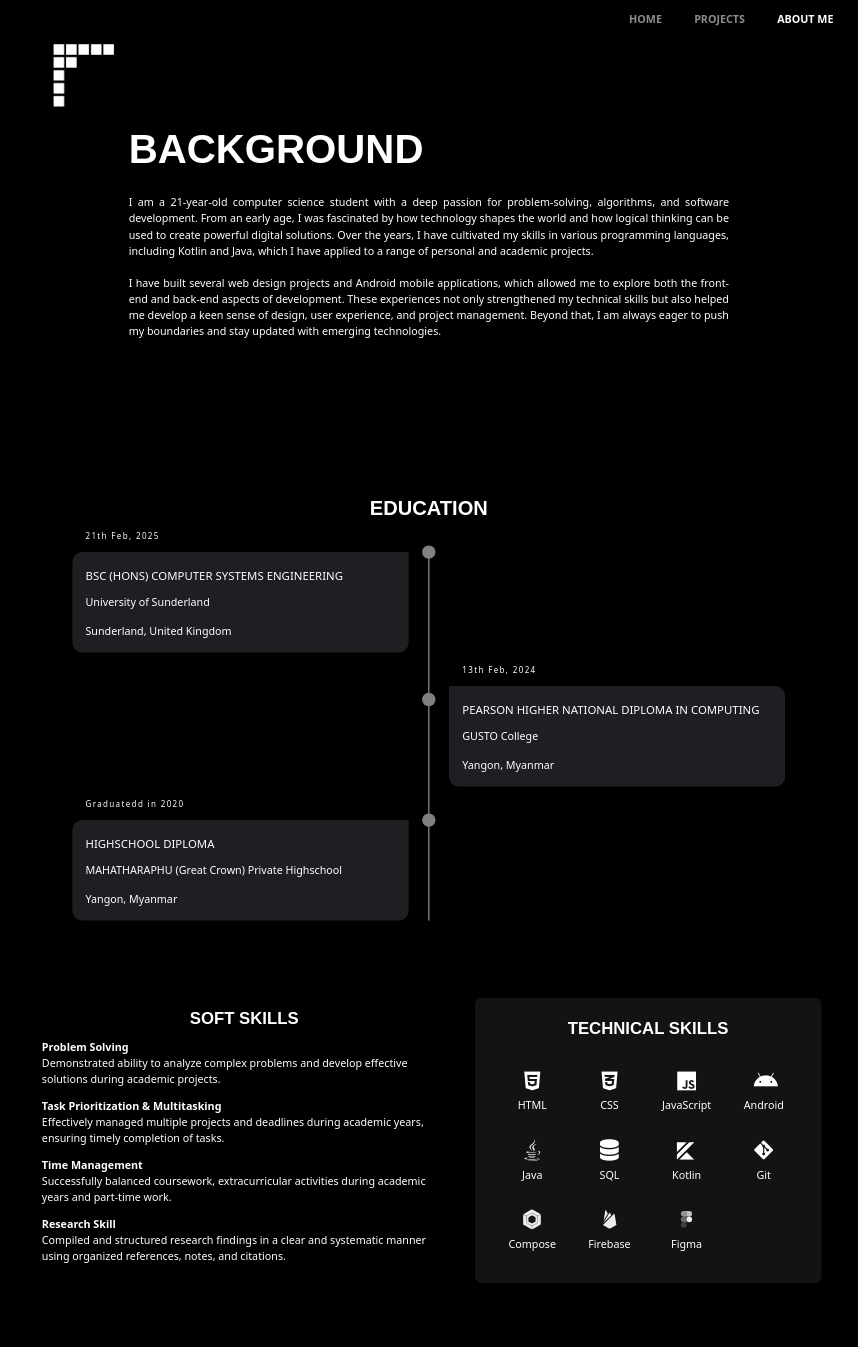
Repository: pyaestk/Portfolio-template
Page: aboutme.html
An editor plug-in stored every save of this project. The page is shown before and after the next save, followed by the edit.
The browser window is 1280 px wide. The pictures show the whole page, at 67% of full size.
Some web fonts or font styles are not loaded; a fallback is used. Some web libraries are served in a nearby version.

Above is the page before, as saved 2025-05-24 20:19:49.
Console error: TypeError: Cannot read properties of null (reading 'addEventListener')

After the next save:
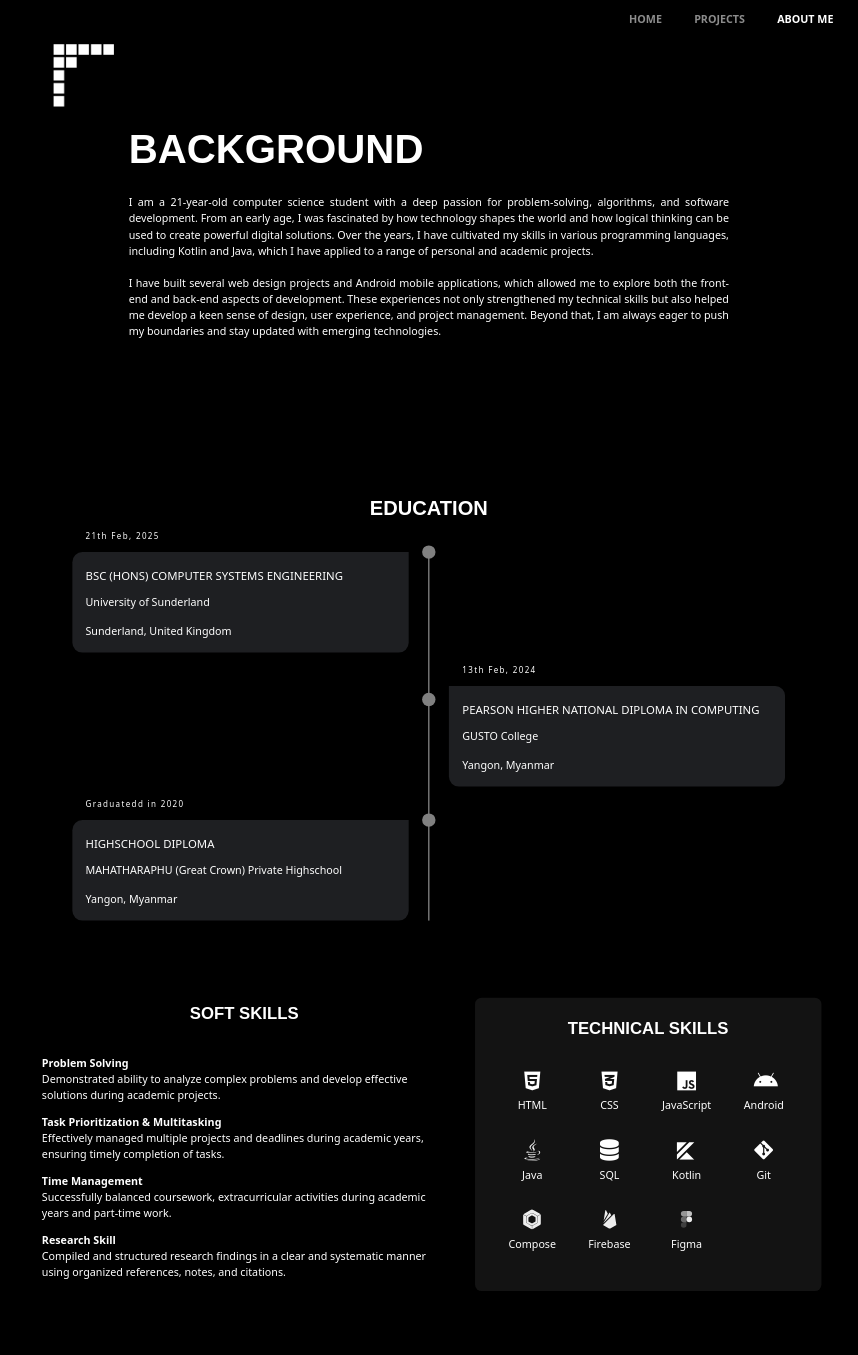
Saved 7 s later.
--- a/aboutme.html
+++ b/aboutme.html
@@ -104,7 +104,7 @@
     <div class="row skills-container mx-2 g-3">
 
       <div class="col-12 col-md-6 mb-5">
-        <h5 class="my-3 text-center">SOFT SKILLS</h5>
+        <h5 class="mb-5 mt-2 text-center">SOFT SKILLS</h5>
         <ul class="list-unstyled">
           <li>
             <strong>Problem Solving</strong>
